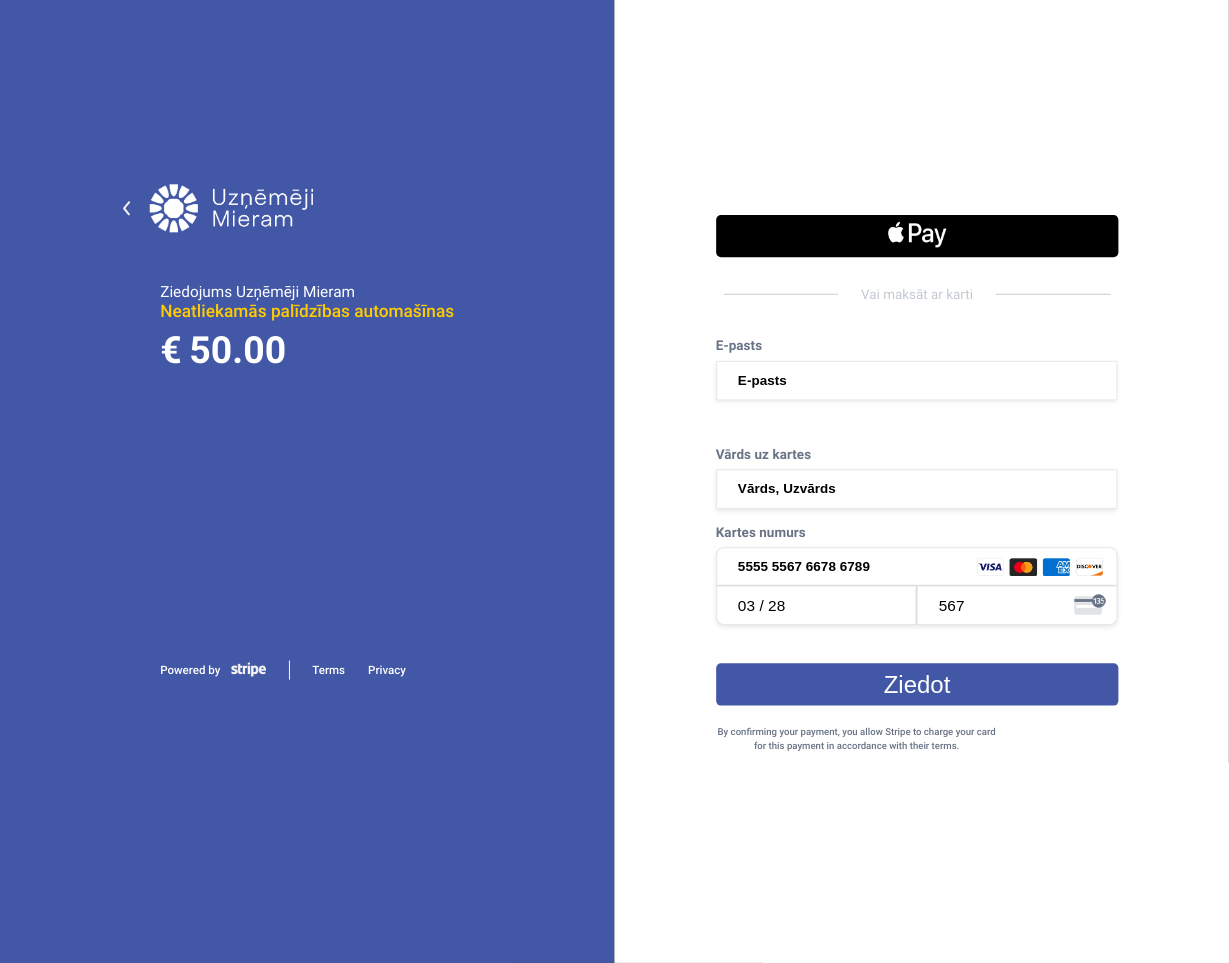
Repository: KatrinaPa/projekts_jul
Page: stripe.html
The author's editor kept a copy of each file at every save. The page is drawn from the files as they stood at one save, then again after the next save.
The browser window is 1280 px wide. The pictures show the whole page, at 96% of full size.

Above is the page before, as saved 2023-08-03 21:31:45.

After the next save:
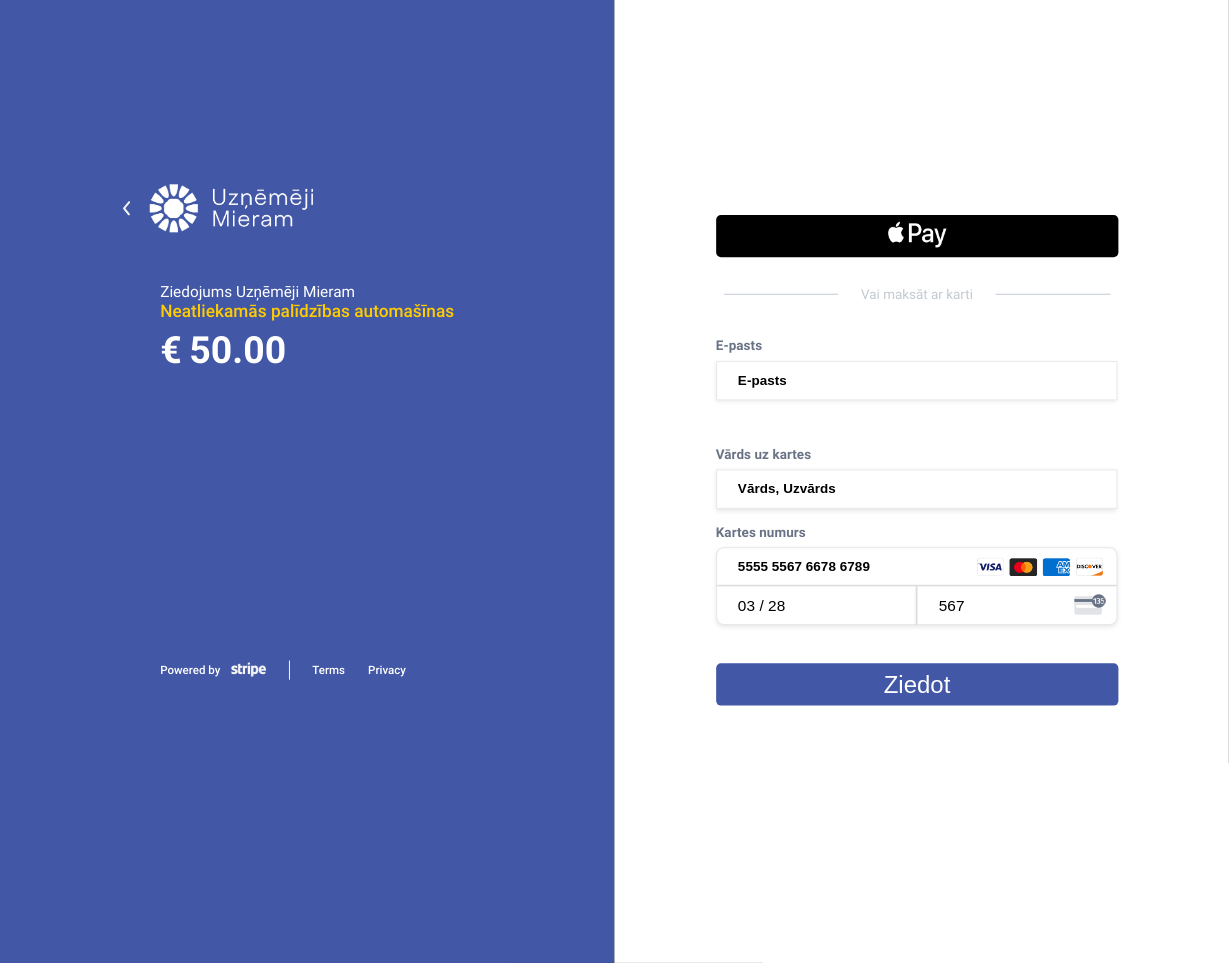
Saved 10 s later.
--- a/stripe.html
+++ b/stripe.html
@@ -90,10 +90,6 @@
                             </div>
 
                             <button type="submit" class="button-donate id=" donate-btn">Ziedot</button>
-                            <div class="confirm">
-                                <p>By confirming your payment, you allow Stripe to charge your card for this payment in
-                                    accordance with their terms.</p>
-                            </div>
                         </form>
                     </div>
                 </div>

After the save that followed:
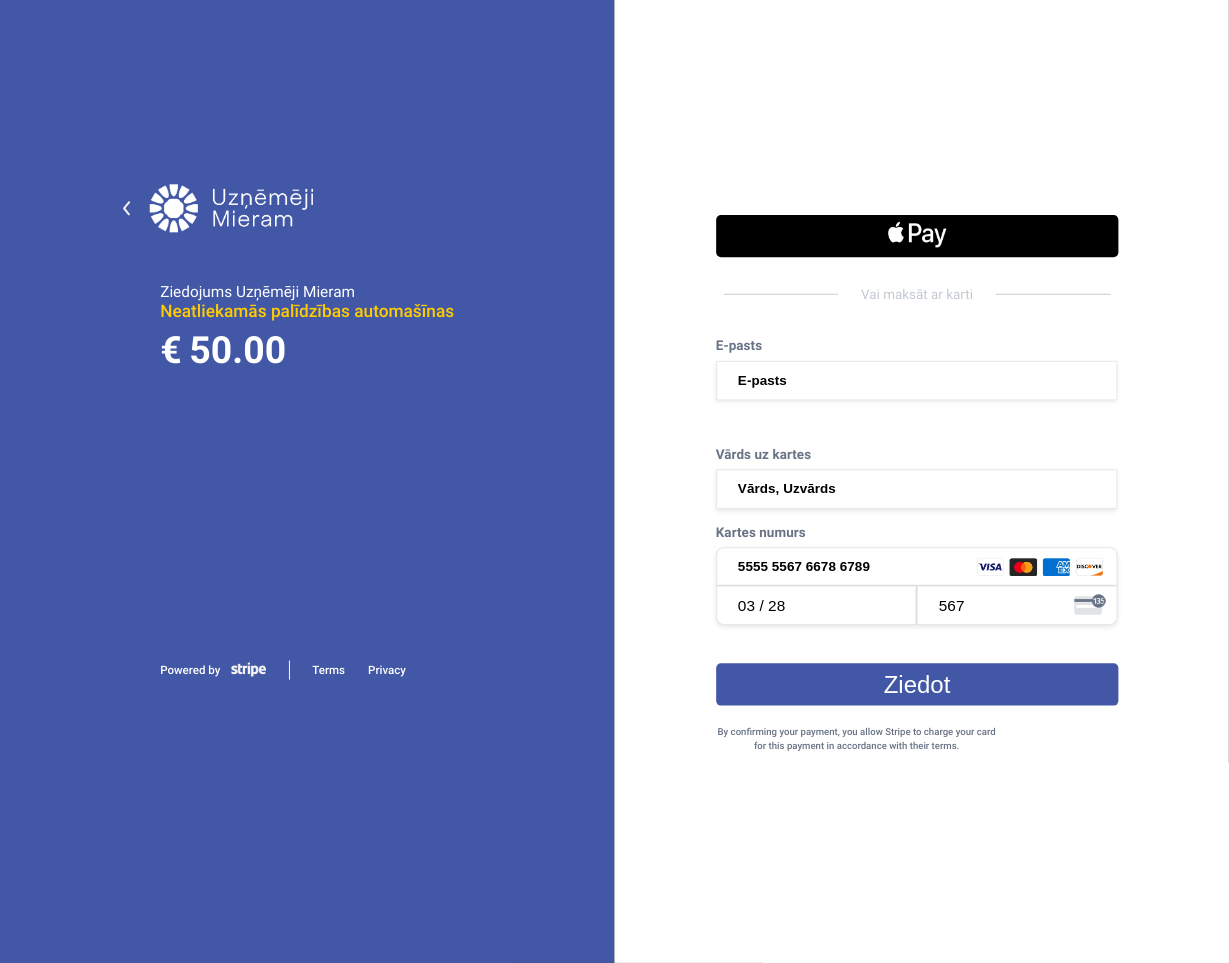
Saved 66 s later.
--- a/stripe.html
+++ b/stripe.html
@@ -90,6 +90,10 @@
                             </div>
 
                             <button type="submit" class="button-donate id=" donate-btn">Ziedot</button>
+                            <div class="confirm">
+                                <p>By confirming your payment, you allow Stripe to charge your card for this payment in
+                                    accordance with their terms.</p>
+                            </div>
                         </form>
                     </div>
                 </div>
